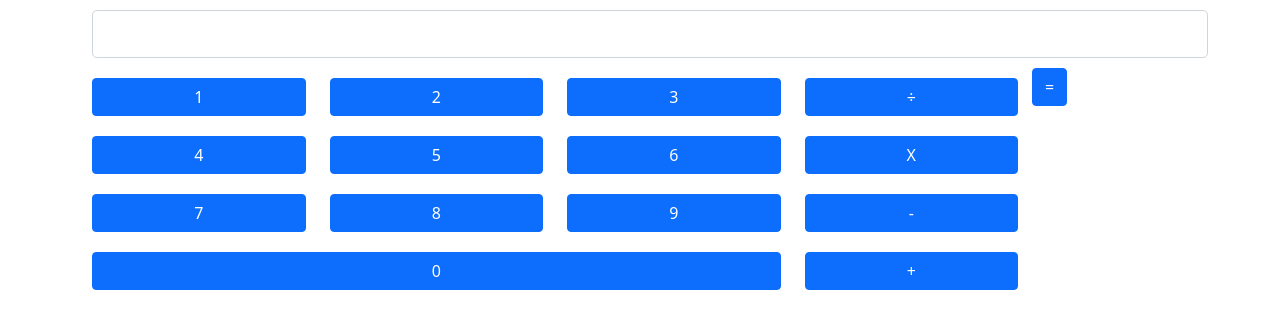
Repository: jsakdalan/CalculatorReactTypescript
Page: /
An editor plug-in stored every save of this project. The page is shown before and after the next save, followed by the edit.
The browser window is 1280 px wide. The pictures show the whole page.
The project was rebuilt for these pictures with package versions that can differ from the ones it lists, and the page was loaded fresh each time. Also part of the build but not shown: src/App.css.

Above is the page before, as saved 2022-06-07 16:31:09.

After the next save:
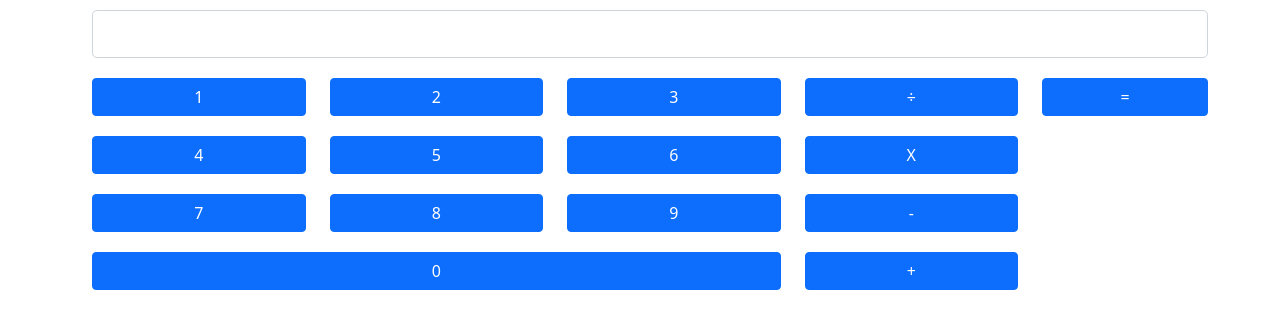
Saved 9 s later.
--- a/src/pages/Calculator.css
+++ b/src/pages/Calculator.css
@@ -21,4 +21,6 @@
 
 .equals{
     height: auto;
+    margin: 10px;
+    width: 100%;
 }
